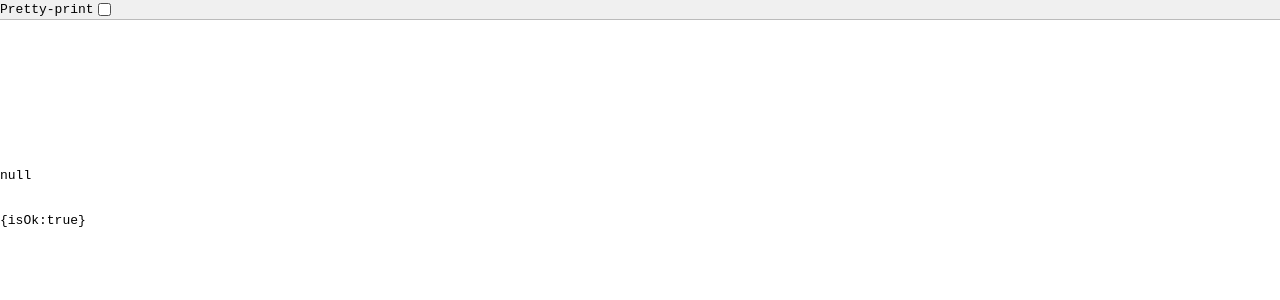
Repository: gain00/lecture1
Page: http://localhost/db-connect/idCheck.jsp
The author's editor kept a copy of each file at every save. The page is drawn from the files as they stood at one save, then again after the next save.
The browser window is 1280 px wide. The pictures show the whole page.
The page is served by Tomcat 9. Queries for data that is not in the repository find no rows.

Above is the page before, as saved 2023-06-08 02:01:35.

After the next save:
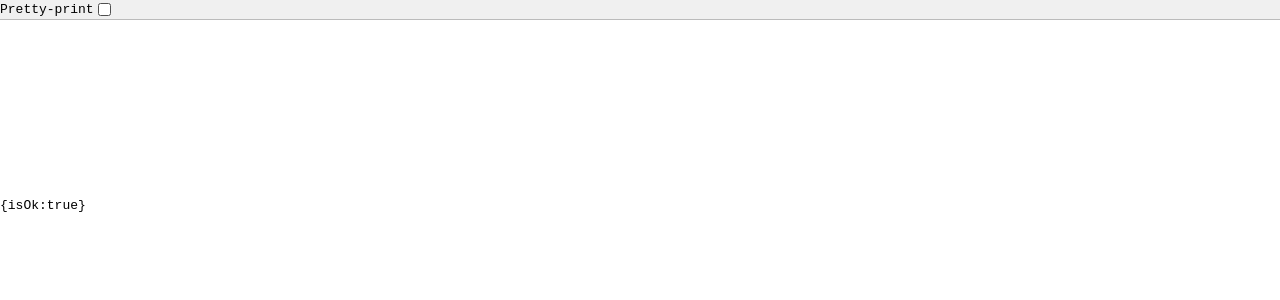
Saved 115 s later.
--- a/db-connect/src/main/webapp/idCheck.jsp
+++ b/db-connect/src/main/webapp/idCheck.jsp
@@ -16,8 +16,6 @@ String id = "wjdwo1104";
 String pw = "1234";
 String pUserId = request.getParameter("userId");
 
-
-out.println(pUserId);
 
 
 Connection conn = null;
